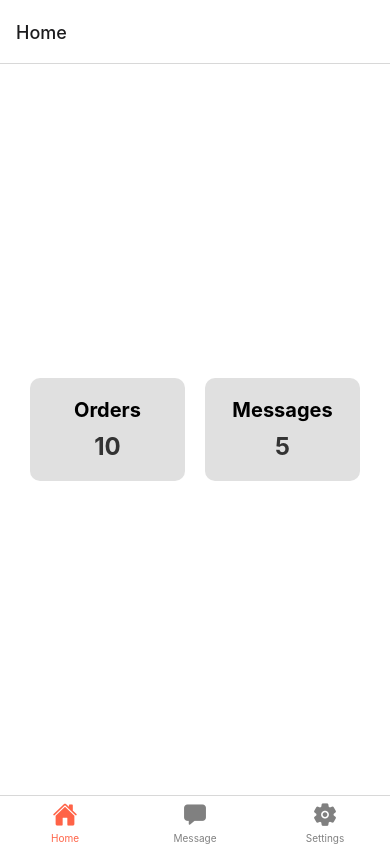
Repository: Waikato153/AwesomeProject
Screen: /
An editor plug-in stored every save of this project. The screen is shown before and after a run of saves, followed by the edit.
The app was drawn by React Native's web renderer in a window 390 px wide. The project was rebuilt for these pictures with package versions that can differ from the ones it lists, and the page was loaded fresh each time.

Above is the screen before, as saved 2024-02-28 16:26:50.

### App.js
import * as React from 'react';
import { Text, View, StyleSheet} from 'react-native';
import { NavigationContainer } from '@react-navigation/native';
import { createBottomTabNavigator } from '@react-navigation/bottom-tabs';
import Ionicons from 'react-native-vector-icons/Ionicons';

import HomeScreen from './screens/HomeScreen';

function SettingsScreen() {
  return (
    <View style={{ flex: 1, justifyContent: 'center', alignItems: 'center' }}>
      <Text>Settings!</Text>
    </View>
  );
}


const styles = StyleSheet.create({
  container: {
    flex: 1,
    justifyContent: 'center',
    backgroundColor: 'white',
    alignItems: 'center',
    padding: 8,
  },
  paragraph: {
    margin: 24,
    fontSize: 18,
    fontWeight: 'bold',
    textAlign: 'center',
  },
});

const Tab = createBottomTabNavigator();

function MyTabs() {
  return (

    <Tab.Navigator
    screenOptions={({ route }) => ({
      color:'blue',
      tabBarActiveTintColor: 'tomato',
      tabBarInactiveTintColor: 'gray',
    })}
    >
      <Tab.Screen
        name="Home"
        component={HomeScreen}
        options={{
          tabBarIcon: ({ color, size }) => (
            <Ionicons name="home" color={color} size={size} />
          ),
        }}
      />
      <Tab.Screen
        name="Message"
        component={SettingsScreen}
        options={{
          tabBarIcon: ({ color, size }) => (
            <Ionicons name="chatbox" color={color} size={size} />
          ),
        }}
      />
      <Tab.Screen
        name="Settings"
        component={SettingsScreen}
        options={{
          tabBarIcon: ({ color, size }) => (
            <Ionicons name="settings" color={color} size={size} />
          ),
        }}
      />
    </Tab.Navigator>


  );
}

export default function App() {
  return (
    <NavigationContainer>
      <MyTabs />
    </NavigationContainer>
  );
}

### screens/HomeScreen.js
import React from 'react';
import { View, Text, StyleSheet } from 'react-native';

const HomeScreen = () => {
  return (
    <View style={styles.container}>
      <View style={styles.block}>
        <Text style={styles.title}>Orders</Text>
        <Text style={styles.count}>10</Text>
      </View>
      <View style={styles.block}>
        <Text style={styles.title}>Messages</Text>
        <Text style={styles.count}>5</Text>
      </View>
    </View>
  );
};



const styles = StyleSheet.create({
  container: {
    flex: 1,
    flexDirection: 'row',
    justifyContent: 'space-around',
    alignItems: 'center',
    backgroundColor: '#ffffff',
    padding: 20,
  },
  block: {
    flex: 1,
    justifyContent: 'center',
    alignItems: 'center',
    backgroundColor: '#e0e0e0',
    borderRadius: 10,
    padding: 20,
    margin: 10,
  },
  title: {
    fontSize: 20,
    fontWeight: 'bold',
    marginBottom: 10,
  },
  count: {
    fontSize: 24,
    fontWeight: 'bold',
    color: '#333333',
  },
});



export default HomeScreen;

After the next 2 saves:
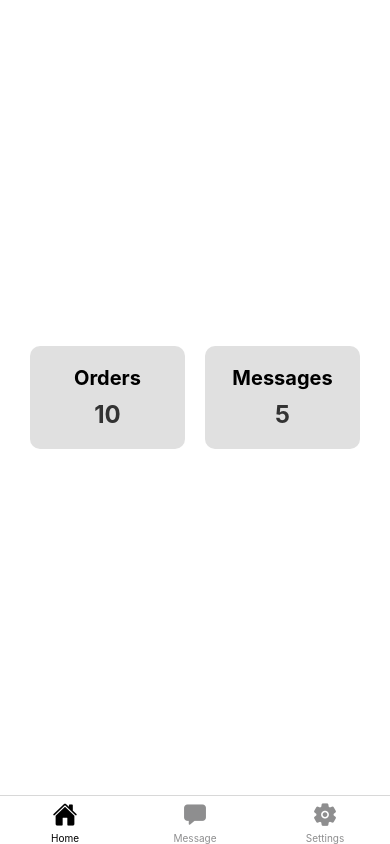
The 2 saves are shown as one change because 1 did not build or start.
The last was saved 42 s later.
--- a/App.js
+++ b/App.js
@@ -2,7 +2,7 @@
 import { Text, View, StyleSheet} from 'react-native';
 import { NavigationContainer } from '@react-navigation/native';
 import { createBottomTabNavigator } from '@react-navigation/bottom-tabs';
-import Ionicons from 'react-native-vector-icons/Ionicons';
+import { Ionicons } from '@expo/vector-icons';
 
 import HomeScreen from './screens/HomeScreen';
 
@@ -37,12 +37,13 @@
   return (
 
     <Tab.Navigator
-    screenOptions={({ route }) => ({
-      color:'blue',
-      tabBarActiveTintColor: 'tomato',
-      tabBarInactiveTintColor: 'gray',
-    })}
+    screenOptions={{
+      tabBarActiveTintColor: "#000",
+      headerShown: false,
+    }}
     >
+
+
       <Tab.Screen
         name="Home"
         component={HomeScreen}

After the save that followed:
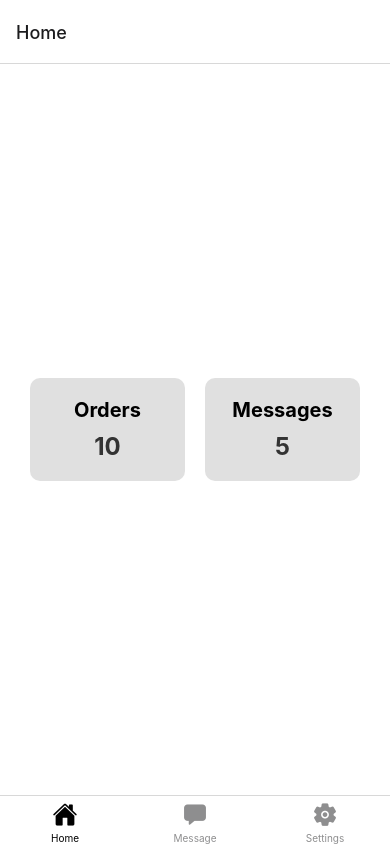
Saved 5 s later.
--- a/App.js
+++ b/App.js
@@ -39,7 +39,7 @@
     <Tab.Navigator
     screenOptions={{
       tabBarActiveTintColor: "#000",
-      headerShown: false,
+      headerShown: true,
     }}
     >
 
